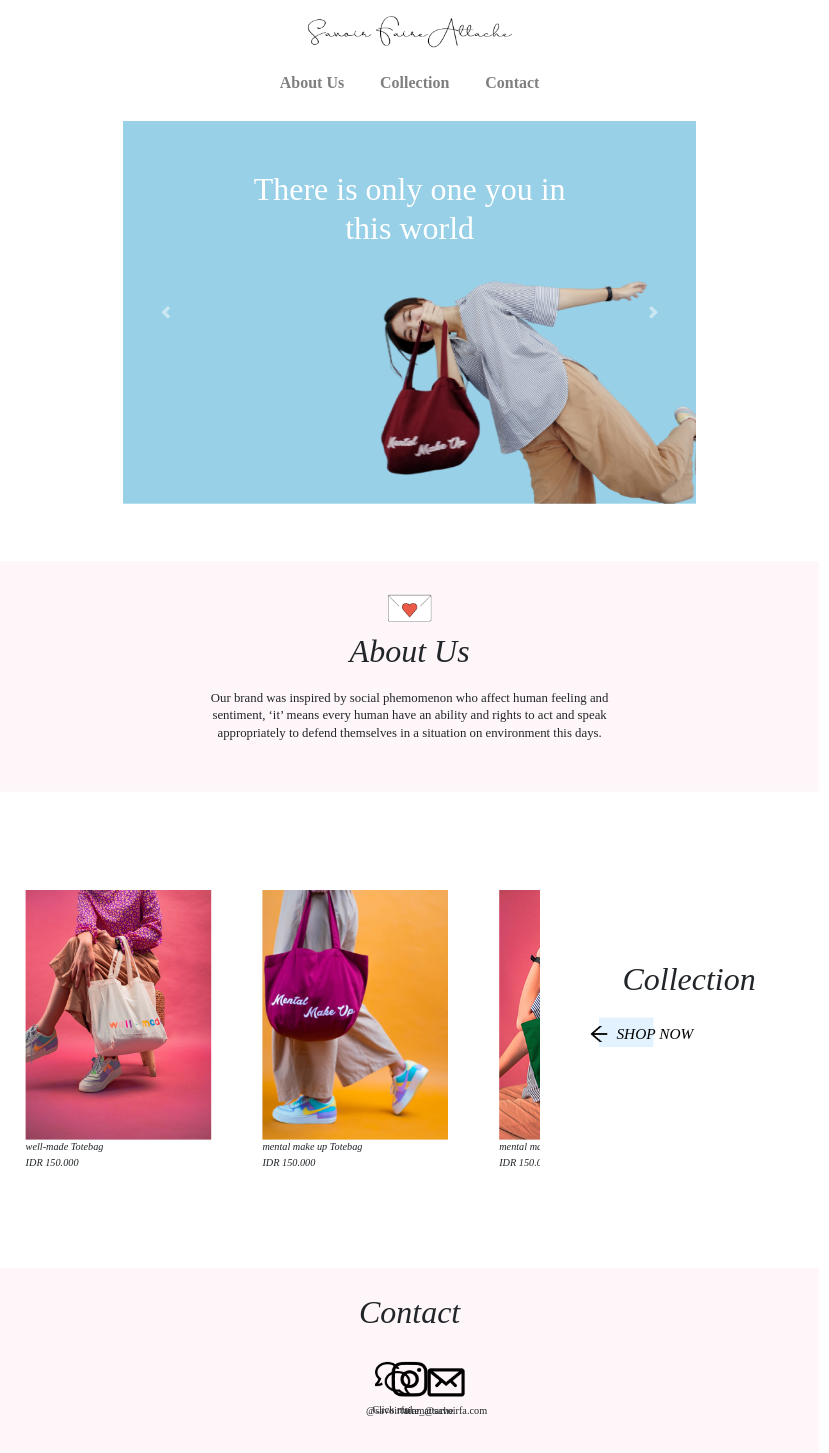
Repository: bismowibi/savoir
Page: index.html
An editor plug-in stored every save of this project. The page is shown before and after the next save, followed by the edit.
The browser window is 1280 px wide. The page is 1295 px wide, so the pictures cover 1295 px, including what lies to the right of the window. The pictures show the whole page, at 64% of full size.
Some web fonts or font styles are not loaded; a fallback is used. Some web libraries are served in a nearby version.

Above is the page before, as saved 2020-04-05 02:02:46.

After the next save:
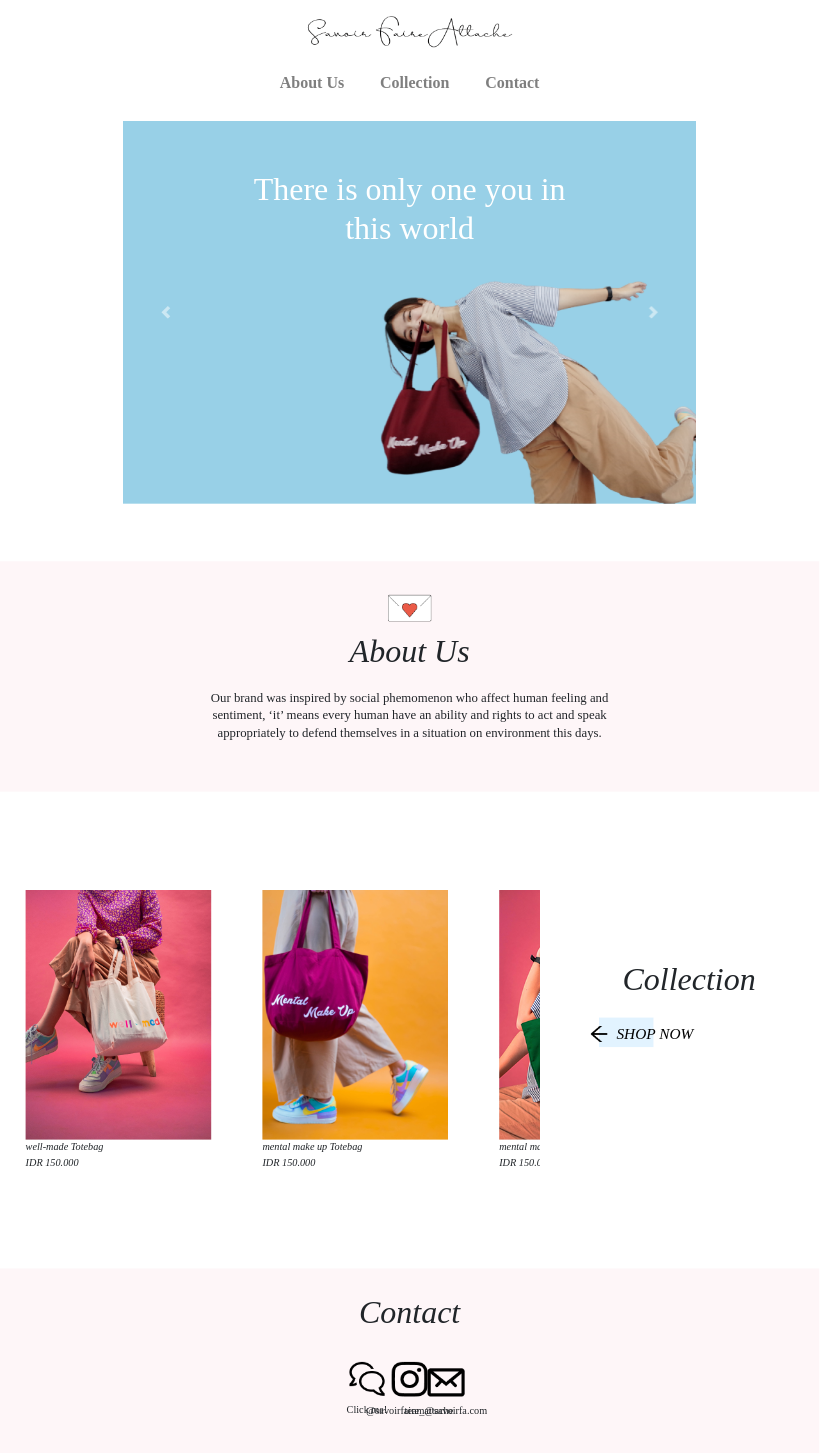
Saved 4 s later.
--- a/style.css
+++ b/style.css
@@ -185,7 +185,7 @@
 
 
 .line{
-    left:400px;
+    left:360px;
 }
 
 .mail{
